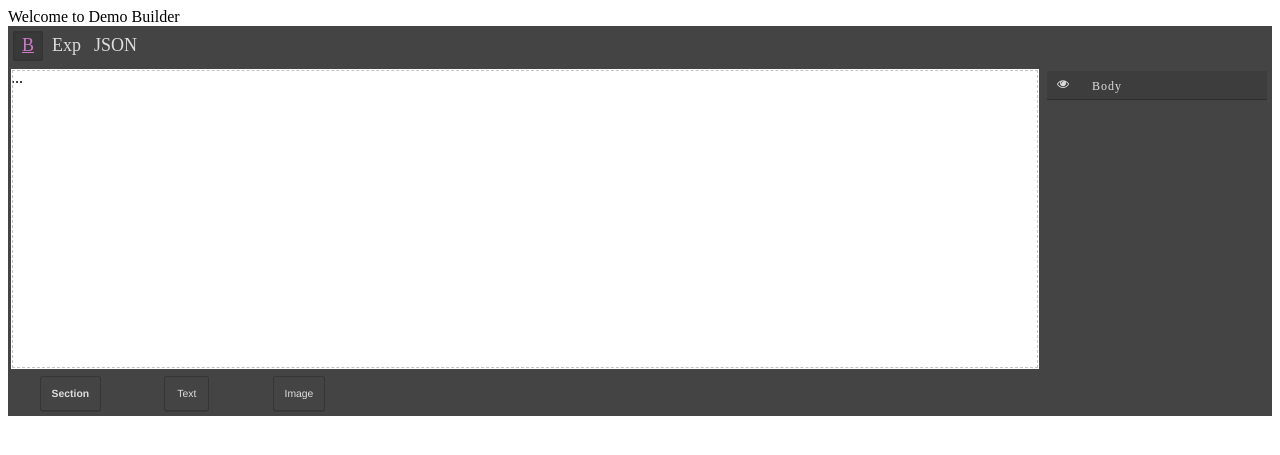
Repository: adityakulkarni000/DemoBuilder
Page: index.html
The author's editor kept a copy of each file at every save. The page is drawn from the files as they stood at one save, then again after a run of saves.
The browser window is 1280 px wide. The pictures show the whole page.

Above is the page before, as saved 2022-06-19 01:22:06.

### index.html
<html>
  <header>Welcome to Demo Builder</header>
  <link rel="stylesheet" href="css/grapes.min.css" />
  <script src="lib/grapes.min.js"></script>

  <!-- STYLE SECTION-->
  <style>
    /* Let's highlight canvas boundaries */
    #gjs {
      border: 3px solid #444;
    }

    /* Reset some default styling */
    .gjs-cv-canvas {
      top: 0;
      width: 100%;
      height: 100%;
    }
    .gjs-block {
      width: auto;
      height: auto;
      min-height: auto;
    }
    .panel__top {
      padding: 0;
      width: 100%;
      display: flex;
      position: initial;
      justify-content: center;
      justify-content: space-between;
    }
    .panel__basic-actions {
      position: initial;
    }
    .editor-row {
      display: flex;
      justify-content: flex-start;
      align-items: stretch;
      flex-wrap: nowrap;
      height: 300px;
    }

    .editor-canvas {
      flex-grow: 1;
    }

    .panel__right {
      flex-basis: 230px;
      position: relative;
      overflow-y: auto;
    }
    .panel__switcher {
      position: initial;
    }
  </style>

  <!-- BODY SECTION-->
  <body>
    <div class="panel__top">
      <div class="panel__basic-actions"></div>
      <div class="panel__switcher"></div>
    </div>
    <div class="editor-row">
      <div class="editor-canvas">
        <div id="gjs">...</div>
      </div>
      <div class="panel__right">
        <div class="layers-container"></div>
        <div class="styles-container"></div>
      </div>
    </div>
    <div id="blocks"></div>
  </body>

  <!-- SCRIPT SECTION-->
  <script>
    const editor = grapesjs.init({
      // Indicate where to init the editor. You can also pass an HTMLElement
      container: "#gjs",
      // Get the content for the canvas directly from the element
      // As an alternative we could use: `components: '<h1>Hello World Component!</h1>'`,
      fromElement: true,
      // Size of the editor
      height: "300px",
      width: "auto",
      // Disable the storage manager for the moment
      storageManager: false,
      // Avoid any default panel
      panels: { defaults: [] },

      blockManager: {
        appendTo: "#blocks",
        blocks: [
          {
            id: "section", // id is mandatory
            label: "<b>Section</b>", // You can use HTML/SVG inside labels
            attributes: { class: "gjs-block-section" },
            content: `<section>
          <h1>This is a simple title</h1>
          <div>This is just a Lorem text: Lorem ipsum dolor sit amet</div>
        </section>`,
          },
          {
            id: "text",
            label: "Text",
            content: '<div data-gjs-type="text">Insert your text here</div>',
          },
          {
            id: "image",
            label: "Image",
            // Select the component once it's dropped
            select: true,
            // You can pass components as a JSON instead of a simple HTML string,
            // in this case we also use a defined component type `image`
            content: { type: "image" },
            // This triggers `active` event on dropped components and the `image`
            // reacts by opening the AssetManager
            activate: true,
          },
        ],
      },
      layerManager: {
        appendTo: ".layers-container",
      },
      // We define a default panel as a sidebar to contain layers
      panels: {
        defaults: [
          {
            id: "layers",
            el: ".panel__right",
            // Make the panel resizable
            resizable: {
              maxDim: 350,
              minDim: 200,
              tc: 0, // Top handler
              cl: 1, // Left handler
              cr: 0, // Right handler
              bc: 0, // Bottom handler
              // Being a flex child we need to change `flex-basis` property
              // instead of the `width` (default)
              keyWidth: "flex-basis",
            },
          },
        ],
      },
    });
    editor.Panels.addPanel({
      id: "panel-top",
      el: ".panel__top",
    });
    editor.Panels.addPanel({
      id: "basic-actions",
      el: ".panel__basic-actions",
      buttons: [
        {
          id: "visibility",
          active: true, // active by default
          className: "btn-toggle-borders",
          label: "<u>B</u>",
          command: "sw-visibility", // Built-in command
        },
        {
          id: "export",
          className: "btn-open-export",
          label: "Exp",
          command: "export-template",
          context: "export-template", // For grouping context of buttons from the same panel
        },
        {
          id: "show-json",
          className: "btn-show-json",
          label: "JSON",
          context: "show-json",
          command(editor) {
            editor.Modal.setTitle("Components JSON")
              .setContent(
                `<textarea style="width:100%; height: 250px;">
            ${JSON.stringify(editor.getComponents())}
          </textarea>`
              )
              .open();
          },
        },
      ],
    });
  </script>
</html>

Loaded but not shown: css/grapes.min.css (library); lib/grapes.min.js (library)

After the next 2 saves:
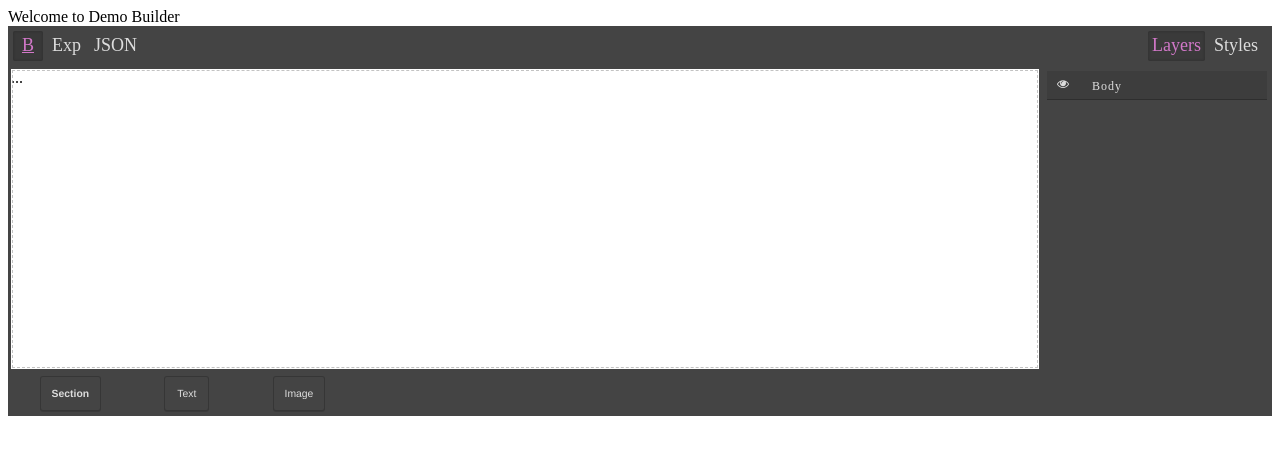
The 2 saves are shown as one change because they came seconds apart.
The last was saved 2 min 7 s later.
--- a/index.html
+++ b/index.html
@@ -140,6 +140,27 @@
               // instead of the `width` (default)
               keyWidth: "flex-basis",
             },
+          },
+          {
+            id: "panel-switcher",
+            el: ".panel__switcher",
+            buttons: [
+              {
+                id: "show-layers",
+                active: true,
+                label: "Layers",
+                command: "show-layers",
+                // Once activated disable the possibility to turn it off
+                togglable: false,
+              },
+              {
+                id: "show-style",
+                active: true,
+                label: "Styles",
+                command: "show-styles",
+                togglable: false,
+              },
+            ],
           },
         ],
       },
